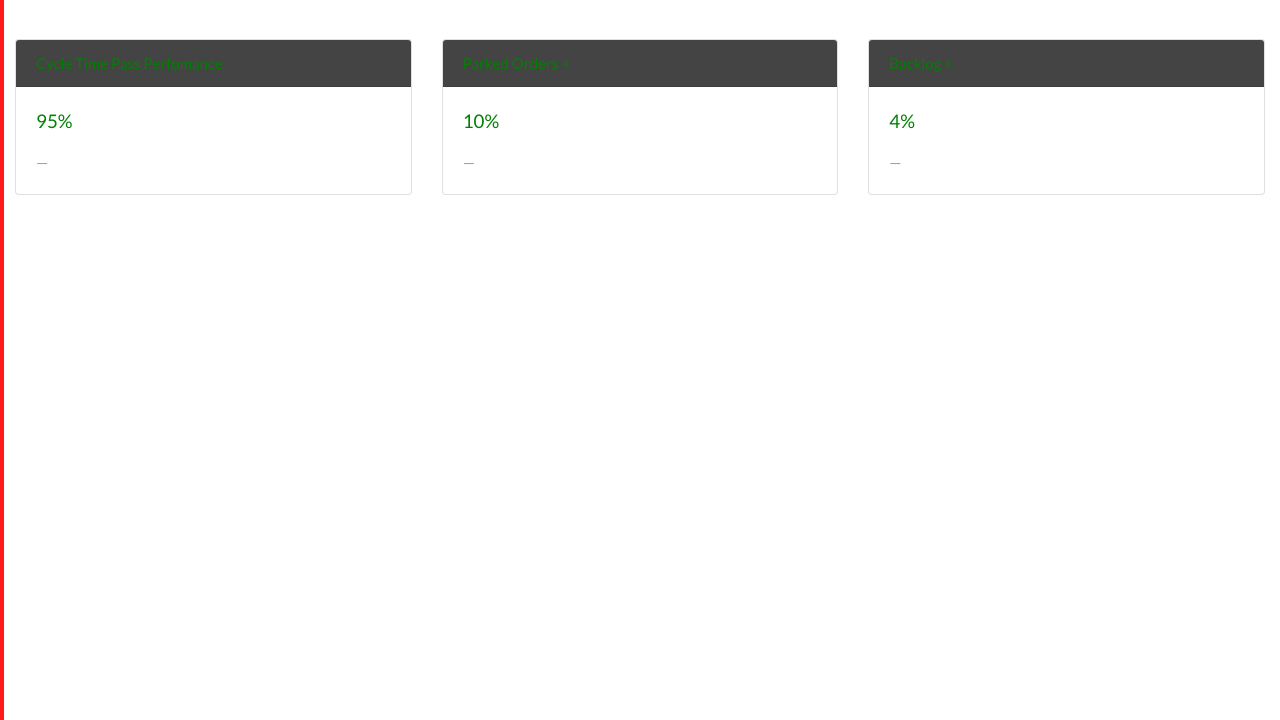
Repository: valenovi76/Delivery-Dashboard
Page: Index.html
The author's editor kept a record of every edit. The page is drawn from the files as they stood at one moment, then again after the next edit.
The browser window is 1280 px wide. The pictures show the whole page.
Some icons come from a web library that is not loaded, so they are not drawn.

Above is the page before.
Console error: TypeError: Cannot read properties of null (reading 'textContent')

### Index.html
<!DOCTYPE html>
<html lang="en">
<head>
    <meta charset="UTF-8">
    <meta name="viewport" content="width=device-width, initial-scale=1.0">
    <meta http-equiv="X-UA-Compatible" content="ie=edge">

    <link rel="stylesheet" href="static/css/bootstrap.min.css" type="text/css" />
    <link rel="stylesheet" href="static/css/dc.min.css" type="text/css" />
    <link href="vendor/fontawesome-free/css/all.min.css" rel="stylesheet" type="text/css">
    <script type="text/javascript" src="static/js/d3.min.js"></script>
    <script type="text/javascript" src="static/js/crossfilter.min.js"></script>
    <script type="text/javascript" src="static/js/dc.min.js"></script>
    <script type="text/javascript" src="static/js/queue.min.js"></script>
    <script type="text/javascript" src="static/js/graphs.js"></script>
    <link rel="stylesheet" href="static/css/style.css" type="text/css" />
    <title>Daily Delivery Dashboard</title>
</head>
<body>
    <header>

        <div id="wrapper">

        <div id="sidebar-wrapper">
          <ul class="sidebar-nav">
            <li><a href="/">Dashboard</a></li>
            <li><a href="/">Charts</a></li>
            <li><a href="/">Data sources</a></li>
            </li>
          </ul>
        </div>





          <div id= "page-content-wrapper">
                <div class="container-fluid">
                <div class="row">KPIS

                <div class="col-lg-12">
             <a></a>
             <h1></h1>
             <p></p>
                </div>
                <div class="col">
                <div class="card kpi">
                  <div class="card-header">
                        Cycle Time Pass Perfomance
                  </div>
                  <div class="card-body">
                        <blockquote class="blockquote mb-0">
                          <p>95%</p>
                          <footer class="blockquote-footer"><i class="fas fa-running"></i></footer>
                        </blockquote>
                  </div>
              </div>
                </div>
                <div class="col">
                <div class="card kpi">
                  <div class="card-header">
                        Parked Orders <
                  </div>
                  <div class="card-body">
                        <blockquote class="blockquote mb-0">
                          <p>10%</p>
                          <footer class="blockquote-footer"><i class="fas fa-parking"></i></footer>
                        </blockquote>
                  </div>
              </div>
                </div>
                <div class="col">
                <div class="card kpi">
                  <div class="card-header">
                        Backlog <
                  </div>
                  <div class="card-body">
                        <blockquote class="blockquote mb-0">
                          <p>4%</p>
                          <footer class="blockquote-footer"><i class="fas fa-flag-checkered"></i></footer>
                        </blockquote>
                  </div>
              </div>

              </div>
              </div>
                <div class="row">


                    <div class="col-md-auto">
                      Variable width content
                    </div>
                    <div class="col-md-auto">
                      Variable width content
                    </div>
                    <div class="col-md-auto">
                      Variable width content
                    </div>

                </div>
                <footer class= "sticky-footer">

                </footer>
            </div>
        </div>
        </div>
    </header>
</body>
</html>

### static/js/graphs.js
//load data
queue()
.defer(d3.csv, "/data/orders.csv")
.await(makeGraphs);


// Make graphs function
function makeGraphs(error, orderData) {

    var ndx = crossfilter(orderData);


orderData.forEach(function(d){
d.CT_Ex_Delayed_Days=parseInt(d.CT_Ex_Delayed_Days)})




    show_wip_group_selector(ndx);
    show_product_selector(ndx);
    show_project_selector(ndx);
    show_created(ndx);
    show_completed(ndx);
    show_order_order_type(ndx);
    show_ct_avg(ndx);
    show_SLT_perf(ndx);
    show_ontime_late(ndx);
    show_percent_RFT_OnTime(ndx);
    show_percent_CT_Pass(ndx);
    show_monthly_delivery(ndx);



    dc.renderAll();
}


//Selector js
function show_wip_group_selector(ndx){
    var dim = ndx.dimension(dc.pluck('Channel'));
    var group = dim.group();
    var select = dc.selectMenu("#wip_group_selector")
        .dimension(dim)
        .group(group);

}
function show_product_selector(ndx){
    var dim = ndx.dimension(dc.pluck('Product'));
    var group = dim.group();
    var select = dc.selectMenu("#product_selector")
        .dimension(dim)
        .group(group);

}
function show_project_selector(ndx){
    var dim=ndx.dimension(dc.pluck('Project'));
    var group= dim.group();
    var select = dc.selectMenu("#project_selector")
        .dimension(dim)
        .group(group);

}

// KPIS values -RFT %

function show_percent_RFT_OnTime(ndx) {
    var percentageThatAreOnTime = ndx.groupAll().reduce(
        function(p, v) {
            p.total++;
                if(v.On_Time === "On-Time") {
                    p.match++;
                }
                return p;
            },
            function (p, v) {
                p.total--;
                if(v.On_Time === "On-Time") {
                    p.match--;
                }
                return p;
            },
            function () {
                return {total: 0, match: 0};
            }
    );

    dc.numberDisplay("#RFTPerc")
        .formatNumber(d3.format(".1%"))
        .valueAccessor(function (d) {
            if (d.count == 0) {
                return 0;
            } else {
                return ( d.match/d.total );
            }
        })
        .group(percentageThatAreOnTime)
}

// KPIS values - CT %

function show_percent_CT_Pass(ndx) {
    var percentageThatArePassed = ndx.groupAll().reduce(
        function(p, v) {
            p.total++;
                if(v.SLT_Status === "Pass") {
                    p.match++;
                }
                return p;
            },
            function (p, v) {
                p.total--;
                if(v.SLT_Status === "Pass") {
                    p.match--;
                }
                return p;
            },
            function () {
                return {total: 0, match: 0};
            }
    );

    dc.numberDisplay("#CTPerc")
        .formatNumber(d3.format(".1%"))
        .valueAccessor(function (d) {
            if (d.count == 0) {
                return 0;
            } else {
                return ( d.match/d.total );
            }
        })
        .group(percentageThatArePassed)
}

//KPIS values - Monthly deliveries
function show_monthly_delivery(ndx){
    var avgMonthlyDeliveries = ndx.groupAll().reduce(
        function(p, v) {
            p.total++;
                if(v.Order_Status === "Completed") {
                    p.match++;
                }
                return p;
            },
            function (p, v) {
                p.total--;
                if(v.Order_Status === "Completed") {
                    p.match--;
                }
                return p;
            },
            function () {
                return {total: 0, match: 0};
            }
    );

    dc.numberDisplay("#avg_monthly_delivery")
        .formatNumber(d3.format(".1f"))
        .valueAccessor(function (d) {
            if (d.total == 0) {
                return 0;
            } else {
                return ( d.match/6 );
            }
        })
        .group(avgMonthlyDeliveries)
}


//created line js
function show_created(ndx) {
var dim = ndx.dimension(dc.pluck('Created_Month'));
var group =dim.group();

dc.lineChart("#created")
.width(400)
.height(300)
.margins({top: 30, right: 40, bottom: 50, left: 50})
.dimension(dim)
.group(group)
.transitionDuration(500)
.x(d3.scale.ordinal())
.xUnits(dc.units.ordinal)
.elasticY(true)
.xAxisLabel("FY 2019-2020 Month")
.yAxis().ticks(20);
 }

//completed line js
function show_completed(ndx) {
var dim = ndx.dimension(dc.pluck('Completed_Month'));
var group = dim.group();

dc.lineChart("#completed")

.width(400)
.height(300)
.margins({top: 30, right: 40, bottom: 50, left: 50})
.dimension(dim)
.group(group)
.transitionDuration(500)
.x(d3.scale.ordinal())
.xUnits(dc.units.ordinal)
.elasticY(true)
.xAxisLabel("FY 2019-2020 Month")
.yAxis().ticks(20);
 }

//WIP pie js
function show_order_order_type(ndx) {
    var dim = ndx.dimension(dc.pluck('Order_Type'));
    var group = dim.group();


    dc.pieChart("#order_type")

        .width(400)
        .height(300)
        .slicesCap(4)
        .innerRadius(100)
        .dimension(dim)
        .group(group)
        .legend(dc.legend())

}
//CT Avg line js
function show_ct_avg(ndx){
var dim = ndx.dimension(dc.pluck("Completed_Month"));

function add_item(p,v){
p.count ++;
p.total += v.CT_Ex_Delayed_Days;
p.average = p.total/p.count;
return p;
}
function remove_item(p,v){
p.count--;
if(p.count==0){
p.total=0;
p.average=0;}else{
p.total -= v.CT_Ex_Delayed_Days;
p.average = p.total/p.count;
}
return p;
}
function initialise(){
    return{count:0, total:0, average:0};
}


var group= dim.group().reduce(add_item,remove_item,initialise);


dc.lineChart("#ct_avg")
.width(400)
.height(300)
.margins({top: 10, right: 50, bottom: 30, left: 50})
.dimension(dim)
.group(group)
.valueAccessor(function(d){
return d.value.average})
.transitionDuration(500)
.x(d3.scale.ordinal())
.xUnits(dc.units.ordinal)
.elasticY(true)
.xAxisLabel("FY 2019-2020 Month")
.yAxis().ticks(20);

}
//CT perf js
function show_SLT_perf(ndx){

    function SLTPerfByMonth(dimension, SLT_Status) {
        return dimension.group().reduce(
            function (p, v) {
                p.total++;
                if(v.SLT_Status == SLT_Status) {
                    p.match++;
                }
                return p;
            },
            function (p, v) {
                p.total--;
                if(v.SLT_Status == SLT_Status) {
                    p.match--;
                }
                return p;
            },
            function () {
                return {total: 0, match: 0};
            }
        );
    }

    var dim = ndx.dimension(dc.pluck("Completed_Month"));
    var PassByMonth = SLTPerfByMonth(dim, "Pass");
    var FailByMonth = SLTPerfByMonth(dim, "Fail");

    dc.barChart("#ct_perf")
        .width(400)
        .height(300)
        .dimension(dim)
        .group(PassByMonth, "Pass")
        .stack(FailByMonth, "Fail")
        .valueAccessor(function(d) {
            if(d.value.total > 0) {
                return (d.value.match / d.value.total) * 100;
            } else {
                return 0;
            }
        })
        .x(d3.scale.ordinal())
        .xUnits(dc.units.ordinal)
        .legend(dc.legend().x(320).y(20).itemHeight(15).gap(5))
        .margins({top: 10, right: 100, bottom: 30, left: 30});
}

  //On time vs Late stacked-bars graph

   function show_ontime_late(ndx) {

    function RFTPerfByMonth(dimension, On_Time) {
        return dimension.group().reduce(
            function (p, v) {
                p.total++;
                if(v.On_Time == On_Time) {
                    p.match++;
                }
                return p;
            },
            function (p, v) {
                p.total--;
                if(v.On_Time == On_Time) {
                    p.match--;
                }
                return p;
            },
            function () {
                return {total: 0, match: 0};
            }
        );
    }

    var dim = ndx.dimension(dc.pluck("Completed_Month"));
    var OnTimeByMonth = RFTPerfByMonth(dim, "On-Time");
    var LateByMonth = RFTPerfByMonth(dim, "Late");

    dc.barChart("#ontime_perf")
        .width(400)
        .height(300)
        .dimension(dim)
        .group(OnTimeByMonth, "On-Time")
        .stack(LateByMonth, "Late")
        .valueAccessor(function(d) {
            if(d.value.total > 0) {
                return (d.value.match / d.value.total) * 100;
            } else {
                return 0;
            }
        })
        .x(d3.scale.ordinal())
        .xUnits(dc.units.ordinal)
        .legend(dc.legend().x(320).y(20).itemHeight(15).gap(5))
        .margins({top: 10, right: 100, bottom: 30, left: 30});
   }

### static/css/style.css
body {
    background-color: white;
}

#sidebar-wrapper{
    z-index: 1;
    position:absolute;
    width:0;
    height:100%;
    overflow-y: hidden;
    background-color:#2C3E50;
    border:2px solid red;
    opacity:0.9;
}

/* main content*/
#content-wrapper{
    width:100%;
    position:absolute;
    padding:15px;
    border:5px solid green;
}

/*change the width of the display*/
#wrapper.menudisplayed #sidewrapper{
    width:250px;
}

#wrapper.menudisplayed #content-wrapper{
    padding-left:250px;
}

/*sidebar styling*/
.sidebar-nav{
    padding:0;
    list-style: none;
}





.kpi {
    color:green;
    background-color:white;
}

Loaded but not shown: static/css/bootstrap.min.css (library); static/css/dc.min.css (library); static/js/d3.min.js (library); static/js/crossfilter.min.js (library); static/js/dc.min.js (library); static/js/queue.min.js (common file)

After the next edit:
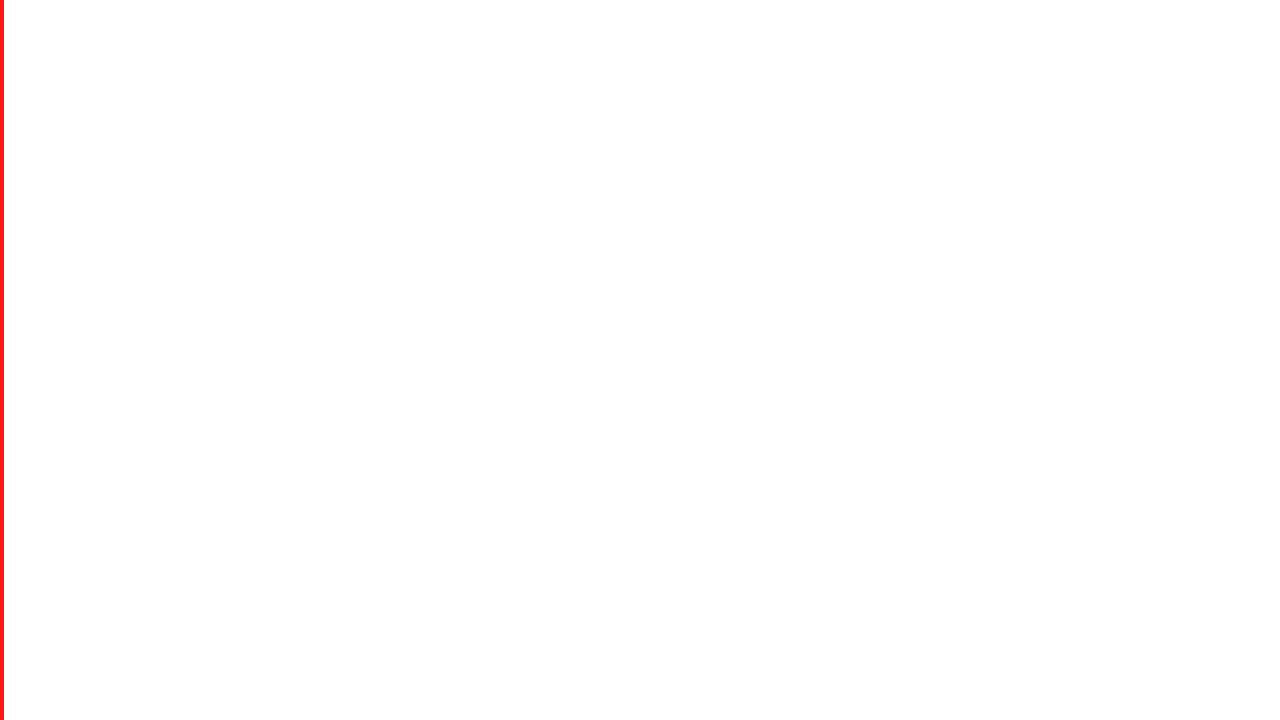
The edit:
--- a/Index.html
+++ b/Index.html
@@ -43,59 +43,8 @@
              <h1></h1>
              <p></p>
                 </div>
-                <div class="col">
-                <div class="card kpi">
-                  <div class="card-header">
-                        Cycle Time Pass Perfomance
-                  </div>
-                  <div class="card-body">
-                        <blockquote class="blockquote mb-0">
-                          <p>95%</p>
-                          <footer class="blockquote-footer"><i class="fas fa-running"></i></footer>
-                        </blockquote>
-                  </div>
-              </div>
-                </div>
-                <div class="col">
-                <div class="card kpi">
-                  <div class="card-header">
-                        Parked Orders <
-                  </div>
-                  <div class="card-body">
-                        <blockquote class="blockquote mb-0">
-                          <p>10%</p>
-                          <footer class="blockquote-footer"><i class="fas fa-parking"></i></footer>
-                        </blockquote>
-                  </div>
-              </div>
-                </div>
-                <div class="col">
-                <div class="card kpi">
-                  <div class="card-header">
-                        Backlog <
-                  </div>
-                  <div class="card-body">
-                        <blockquote class="blockquote mb-0">
-                          <p>4%</p>
-                          <footer class="blockquote-footer"><i class="fas fa-flag-checkered"></i></footer>
-                        </blockquote>
-                  </div>
-              </div>
-
-              </div>
-              </div>
-                <div class="row">
 
 
-                    <div class="col-md-auto">
-                      Variable width content
-                    </div>
-                    <div class="col-md-auto">
-                      Variable width content
-                    </div>
-                    <div class="col-md-auto">
-                      Variable width content
-                    </div>
 
                 </div>
                 <footer class= "sticky-footer">
